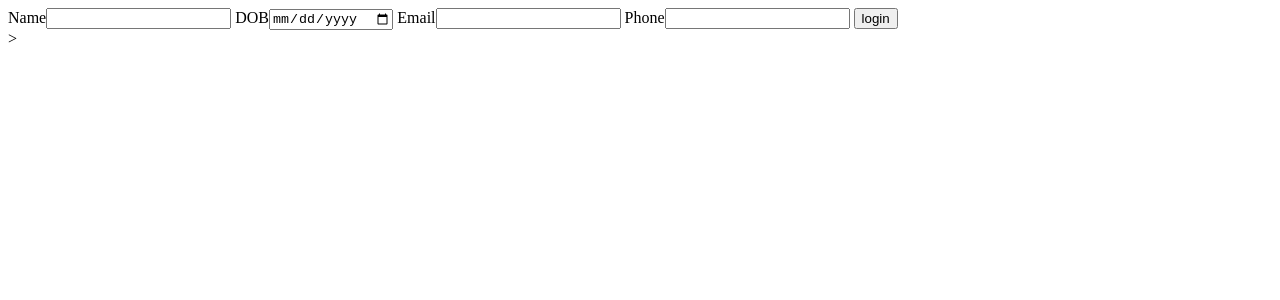
Repository: Ravikumarh6166/my-first-repo
Page: WebApps/src/main/webapp/Login.html
The author's editor kept a copy of each file at every save. The page is drawn from the files as they stood at one save, then again after the next save.
The browser window is 1280 px wide. The pictures show the whole page.

Above is the page before, as saved 2022-08-24 12:40:22.

After the next save:
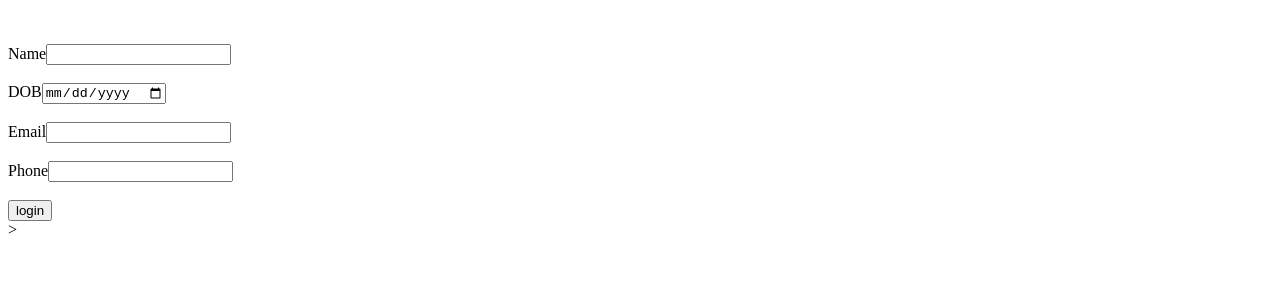
Saved 64 s later.
--- a/WebApps/src/main/webapp/Login.html
+++ b/WebApps/src/main/webapp/Login.html
@@ -5,11 +5,11 @@
 <title>Insert title here</title>
 </head>
 <body>
-<form name="form1" action="login">
-Name<input type="text" name="name">
-DOB<input type="date" name="dob">
-Email<input type="email" name="email">
-Phone<input type="text" name="ph">
+<form name="form1" action="login"><br><br>
+Name<input type="text" name="name"><br><br>
+DOB<input type="date" name="dob"><br><br>
+Email<input type="email" name="email"><br><br>
+Phone<input type="text" name="ph"><br><br>
 <input type="submit" value="login">
 </form>>
 </body>
